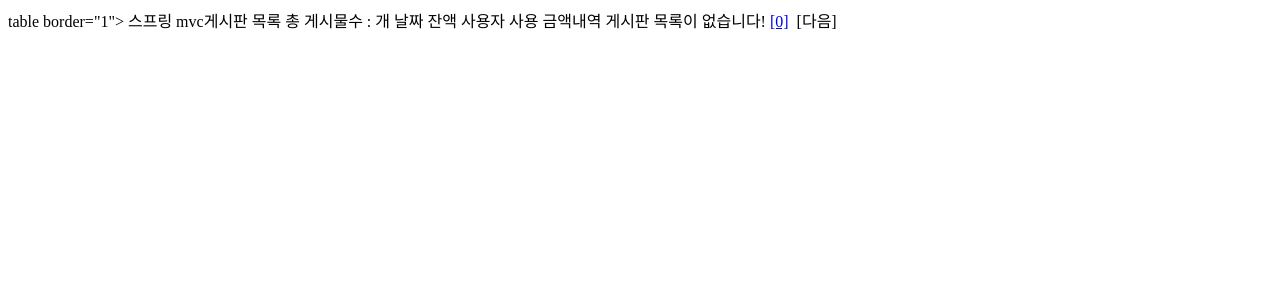
Repository: CSID-DGU/2020-1-ESCD-DOUBLE
Page: http://localhost/web/WEB-INF/views/bank/blistall.jsp
The author's editor kept a copy of each file at every save. The page is drawn from the files as they stood at one save, then again after the next save.
The browser window is 1280 px wide. The pictures show the whole page.
The page is served by Tomcat 9. Nobody is signed in. Other server files are loaded and not shown. The template is opened directly, without the code that normally fills it, so the values that code supplies are empty.

Above is the page before, as saved 2020-04-30 16:24:41.

### web/src/main/webapp/WEB-INF/views/bank/blistall.jsp
<%@ page language="java" contentType="text/html; charset=UTF-8"
    pageEncoding="UTF-8"%>
    <%@ taglib prefix="c" uri="http://java.sun.com/jsp/jstl/core"%>
<!DOCTYPE html>
<html>
<head>
<meta charset="UTF-8">
<title>Insert title here</title>
</head>
<body>
table border="1">
  <tr>
   <th colspan="5">스프링 mvc게시판 목록</th>
  </tr>
  <tr>
  <td colspan="5" align="right"> 총 게시물수 : <b>${totalCount }</b>개
  </tr>
  <tr>
	<th>날짜</th>	<th>잔액</th>	<th>사용자</th>	<th>사용 금액</th><th>내역</th>
  </tr>
  <c:if test="${!empty blist }">
   <c:forEach var= "list" items="${blist }">
   <tr>
    <th>${list.getBdate() }</th>
    <th>${list.getBrest() }</th>
    <th>${list.getBuser() }</th>
    <th>${list.getBinout() }</th>
    <th>${list.getBmemo() }</th>
  </tr></c:forEach></c:if>

    <c:if test="${empty blist }">
  <tr>
   <th colspan="5">게시판 목록이 없습니다!</th></tr></c:if>

    <tr>
   		<th colspan="5">
   			<c:if test="${page<=1 }">
   				[이전]&nbsp;
   			</c:if>
   			<c:if test="${page>1 }">
   				<a href="/web/blistall?page=${page-1 }">[이전]</a>&nbsp;
   			</c:if>

   			<%--현재쪽 번호 출력 --%>
   			<c:forEach var="a" begin="${startpage }" end="${endpage }" step="1">
   				<c:if test="${a==page }"><%--현재 쪽번호가 선택된 경우는 링크 없어도됨 --%>
   					 <${a }>
   				</c:if>
   				<c:if test="${a!=page}">
   					<a href="/web/blistall?page=${a }">[${a }]</a>&nbsp;

   				</c:if>
   			</c:forEach>
   			<c:if test="${page>=endpage }"><!-- maxpage =>endpage로바꾸면..? -->
   			[다음]
   			</c:if>
   			<c:if test="${page<endpage }">
   			<a href="/web/blistall?page=${page+1 }">[다음]</a>
   			</c:if>

   		</th>
   </tr>



<c:forEach var="list" items="${blist }">
<tr><td>${list.getBdate() }</td><td>${ list.getBrest()}</td><td>${list.getBuser()}</td><td>${ list.getBinout()}</td><td>${list.getBmemo()}</td></tr>
</c:forEach>


</table>
</body>
</html>

After the next save:
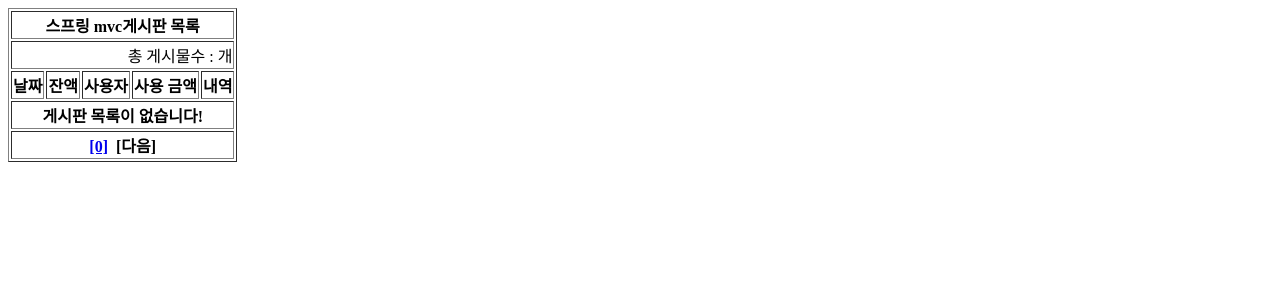
Saved 14 min 34 s later.
--- a/web/src/main/webapp/WEB-INF/views/bank/blistall.jsp
+++ b/web/src/main/webapp/WEB-INF/views/bank/blistall.jsp
@@ -8,7 +8,7 @@
 <title>Insert title here</title>
 </head>
 <body>
-table border="1">
+<table border="1">
   <tr>
    <th colspan="5">스프링 mvc게시판 목록</th>
   </tr>
